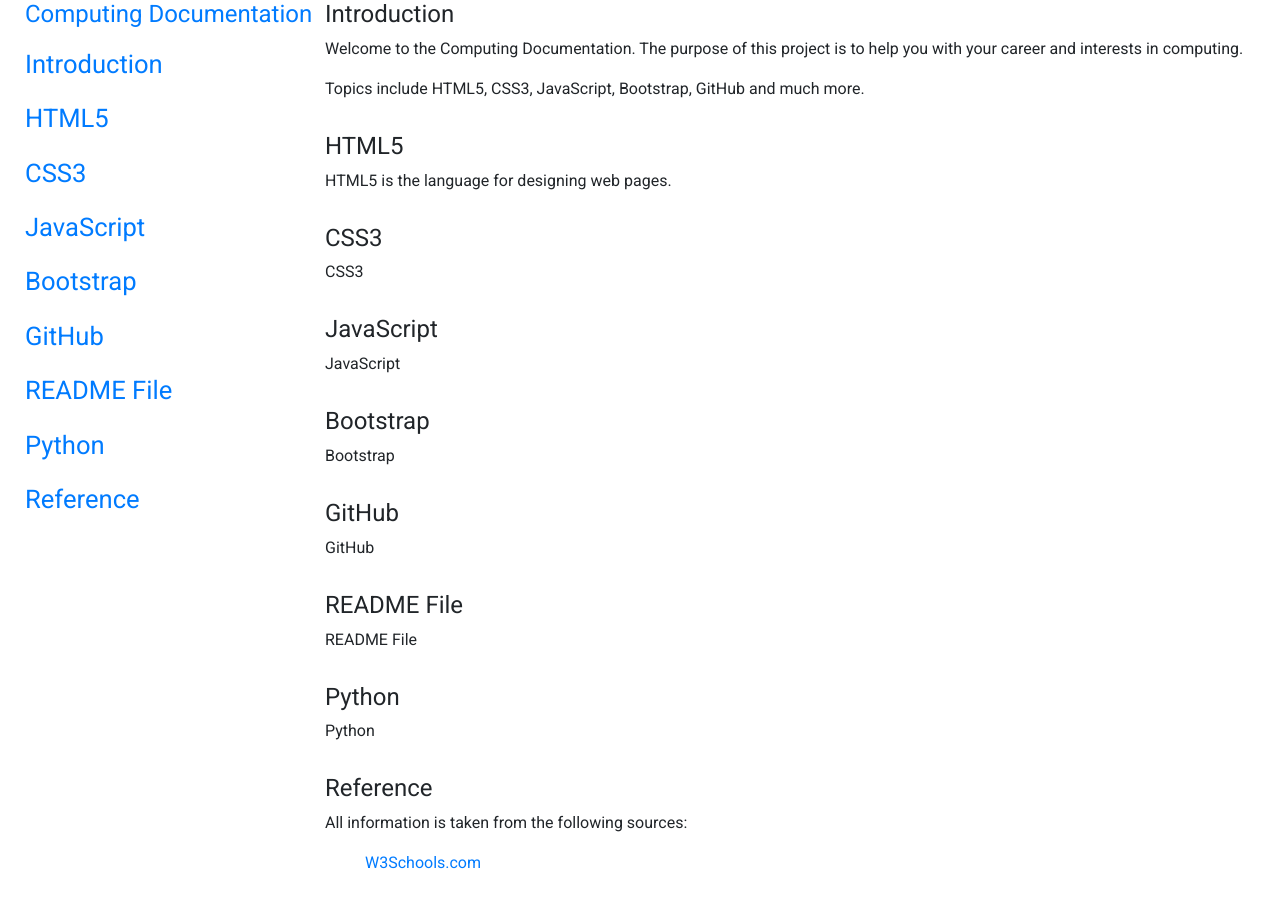
Repository: derektypist/technical-documentation-page
Page: index.html
The author's editor kept a record of every edit. The page is drawn from the files as they stood at one moment, then again after the next edit.
The browser window is 1280 px wide. The pictures show the whole page.

Above is the page before.

### index.html
<!DOCTYPE html>
<html lang="en">

<head>
  <meta charset="UTF-8">
  <meta name="viewport" content="width=device-width, initial-scale=1.0">
  <meta http-equiv="X-UA-Compatible" content="ie=edge">
  <title>Technical Documentation Page</title>
  <!-- Load Style Sheets -->
  <link rel="stylesheet" href="https://maxcdn.bootstrapcdn.com/bootstrap/4.4.1/css/bootstrap.min.css" integrity="sha384-Vkoo8x4CGsO3+Hhxv8T/Q5PaXtkKtu6ug5TOeNV6gBiFeWPGFN9MuhOf23Q9Ifjh" crossorigin="anonymous">
  <link href="https://fonts.googleapis.com/css?family=Roboto|Roboto+Mono&display=swap" rel="stylesheet">
  <style>
    /* Navigation */

    #navbar {
      font-family: "Roboto", Arial, Verdana, sans-serif;
      margin-left: 25px;
      font-size: 2vw;
      position: fixed;
    }

    /* Main Content */

    #main-doc {
      font-family: "Roboto", Arial, Verdana, sans-serif;
      padding-left: 325px;
    }

    /* Main Section */

    .main-section {
      padding-bottom: 15px;
    }
  </style>
</head>

<body>
  <!-- Set Up Navigation -->
  <nav class="navbar-nav" id="navbar">
    <header>
      <h4><a href="index.html" title="Return to Home Page">Computing Documentation</a></h4>
    </header>


    <!-- Set Up List Items Vertically -->
    <ul class="navbar-nav">
      <li class="nav-item">
        <a class="nav-link" href="#Introduction">Introduction</a>
      </li>
      <li class="nav-item">
        <a class="nav-link" href="#HTML5">HTML5</a>
      </li>
      <li class="nav-item">
        <a class="nav-link" href="#CSS3">CSS3</a>
      </li>
      <li class="nav-item">
        <a class="nav-link" href="#JavaScript">JavaScript</a>
      </li>
      <li class="nav-item">
        <a class="nav-link" href="#Bootstrap">Bootstrap</a>
      </li>
      <li class="nav-item">
        <a class="nav-link" href="#GitHub">GitHub</a>
      </li>
      <li class="nav-item">
        <a class="nav-link" href="#README_File">README File</a>
      </li>
      <li class="nav-item">
        <a class="nav-link" href="#Python">Python</a>
      </li>
      <li>
        <a class="nav-link" href="#Reference">Reference</a>
      </li>
  </nav>

  <!-- Set Up Main Content -->
  <main id="main-doc">

    <!-- Provide Section for Introduction -->
    <section class="main-section" id="Introduction">
      <header>
        <h4>Introduction</h4>
      </header>
      <article>
        <p>Welcome to the Computing Documentation. The purpose of this project is to help you with your career and interests in computing.</p>
        <p>Topics include HTML5, CSS3, JavaScript, Bootstrap, GitHub and much more.</p>
      </article>
    </section>

    <!-- Provide Section for HTML5 -->
    <section class="main-section" id="HTML5">
      <header>
        <h4>HTML5</h4>
      </header>
      <article>
        <p>HTML5 is the language for designing web pages.</p>
      </article>
    </section>

    <!-- Provide Section for CSS3 -->
    <section class="main-section" id="CSS3">
      <header>
        <h4>CSS3</h4>
      </header>
      <article>
        <p>CSS3</p>
      </article>
    </section>

    <!-- Provide Section for JavaScript -->
    <section class="main-section" id="JavaScript">
      <header>
        <h4>JavaScript</h4>
      </header>
      <article>
        <p>JavaScript</p>
      </article>
    </section>

    <!-- Provide Section for Bootstrap -->
    <section class="main-section" id="Bootstrap">
      <header>
        <h4>Bootstrap</h4>
      </header>
      <article>
        <p>Bootstrap</p>
      </article>
    </section>


    <!-- Provide Section for GitHub -->
    <section class="main-section" id="GitHub">
      <header>
        <h4>GitHub</h4>
      </header>
      <article>
        <p>GitHub</p>
      </article>
    </section>

    <!-- Provide Section for README File -->
    <section class="main-section" id="README_File">
      <header>
        <h4>README File</h4>
      </header>
      <article>
        <p>README File</p>
      </article>
    </section>

    <!-- Provide Section for Python -->
    <section class="main-section" id="Python">
      <header>
        <h4>Python</h4>
      </header>
      <article>
        <p>Python</p>
      </article>
    </section>

    <!-- Provide Section for Reference -->
    <section class="main-section" id="Reference">
      <header>
        <h4>Reference</h4>
      </header>
      <article>
        <p>All information is taken from the following sources:</p>
        <ul>
          <a href="https://www.w3schools.com" target="_blank" title="W3Schools.com">W3Schools.com</a>
        </ul>
      </article>
    </section>
  </main>
</body>

</html>

After the next edit:
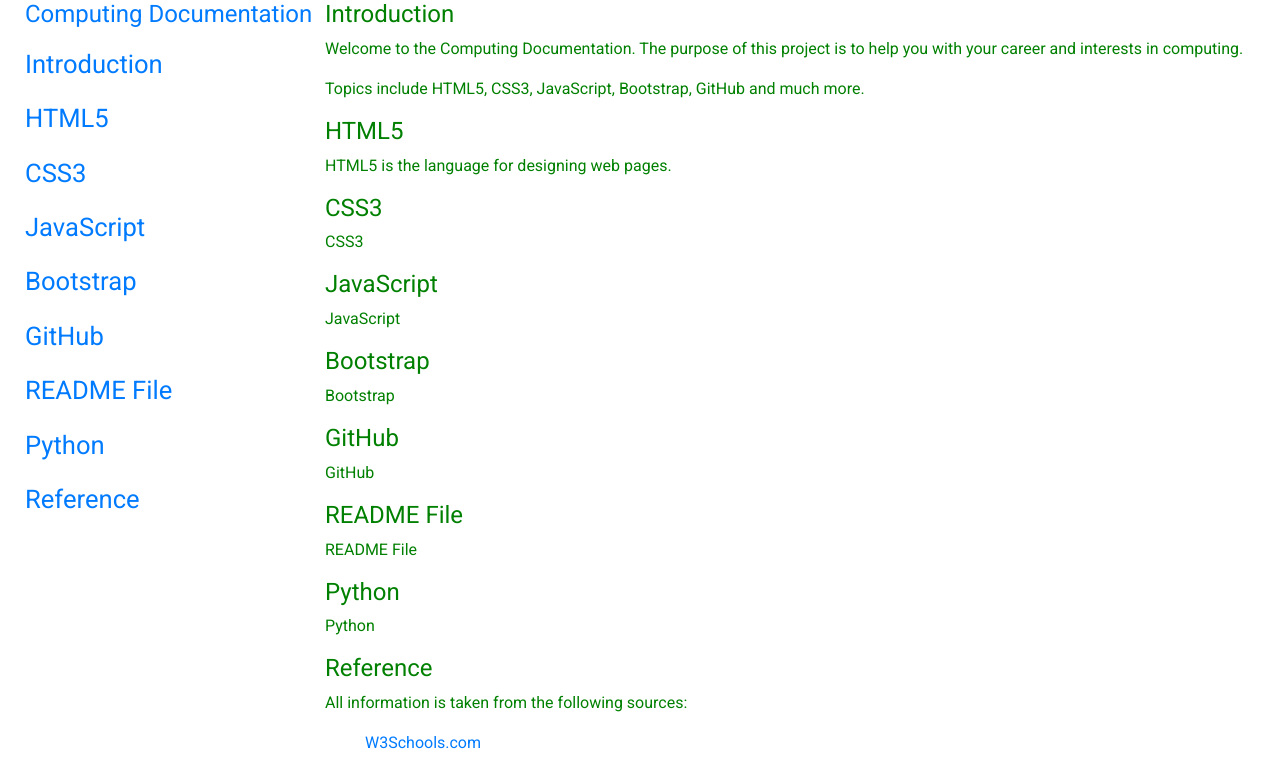
The edit:
--- a/index.html
+++ b/index.html
@@ -29,7 +29,7 @@
     /* Main Section */
 
     .main-section {
-      padding-bottom: 15px;
+      color: green;
     }
   </style>
 </head>
